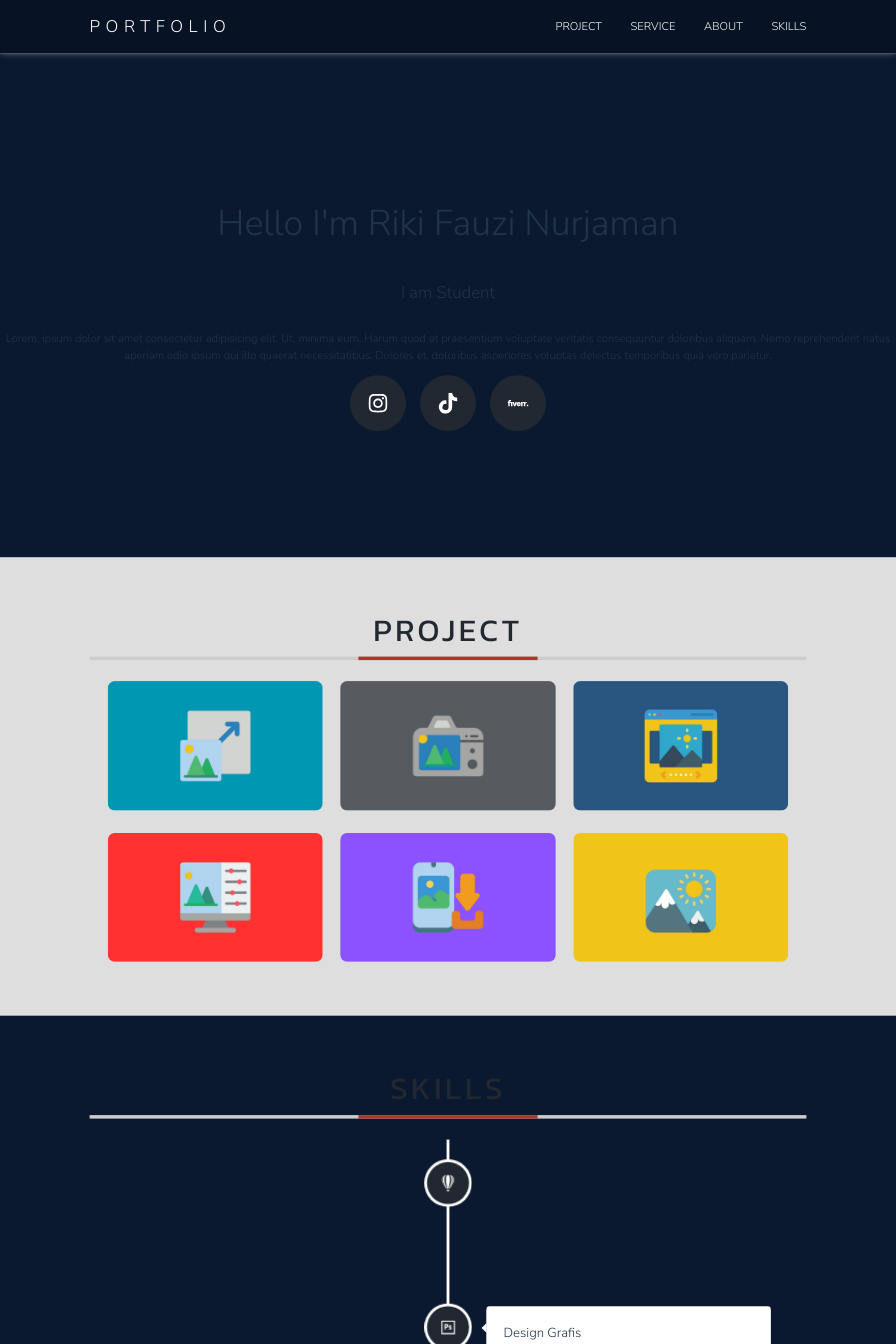
Repository: sellayspy/Portofolio
Page: /
These files come from the project's save history. The page is drawn as it stood at one moment and after the next save; the edit follows.
The browser window is 1280 px wide. The pictures show the part of the page from y = 0 to 1920 px (the page is 3848 px tall before and 3882 px after), at 70% of full size.
The project was rebuilt for these pictures with package versions that can differ from the ones it lists, and the page was loaded fresh each time. Also part of the build but not shown: vite.config.js, src/styles/DetailPortfolio.css, src/components/ScrollToTop.jsx, src/pages/DetailPortfolio.jsx, src/pages/PagesNotFound.jsx.

Above is the page before, as saved 2024-09-15 15:39:07.

### index.html
<!DOCTYPE html>
<html lang="en">
  <head>
    <meta charset="UTF-8" />
    <link rel="icon" type="image/svg+xml" href="/vite.svg" />
    <meta name="viewport" content="width=device-width, initial-scale=1.0" />
    <title>Portofolio RikiFN</title>
  </head>
  <body>
    <div id="root"></div>
    <script type="module" src="/src/main.jsx"></script>
  </body>
</html>

### src/App.jsx
import "./App.css";
import Home from "./pages/Home";
import DetailPortfolio from "./pages/DetailPortfolio";

import { BrowserRouter, Routes, Route } from "react-router-dom";
import PagesNotFound from "./pages/PagesNotFound";

const App = () => {
  return (
    <BrowserRouter>
      <Routes>
        <Route path="/" element={<Home />} />
        <Route path="/portfolio/:id" element={<DetailPortfolio />} />
        <Route path="/pages-not-found" element={<PagesNotFound />} />
        <Route path="*" element={<PagesNotFound />} />
      </Routes>
    </BrowserRouter>
  );
};

export default App;

### src/App.css
/* Global */
@import url("https://fonts.googleapis.com/css2?family=Nunito+Sans:opsz,wght@6..12,300&display=swap");
@import url("https://fonts.googleapis.com/css2?family=Kanit&display=swap");

html,
body {
  margin: 0px;
  padding: 0px;
  font-size: 16px;
  font-family: "Nunito Sans", sans-serif;
  scroll-behavior: smooth;
  background-color: #dedede;
}
.wrapper {
  width: 1024px;
  margin: auto;
  padding: 20px 0px 20px 0px;
}

section {
  padding: 50px 0px 50px 0px;
}

.wrapper > h3,
.wrapper > h1 {
  text-align: center;
  font-size: 2.8rem;
  margin: 0px 0px 30px 0px;
  padding: 0px;
  font-family: "Kanit", sans-serif;
  color: #222831;
  letter-spacing: 5px;
  text-transform: uppercase;
  border-bottom: 5px solid #cccccc;
}
.wrapper > h3::after,
.wrapper > h1::after {
  content: "";
  display: block;
  border-bottom: 5px solid #aa392d;
  width: 25%;
  position: relative;
  bottom: -5px; /* your padding + border-width */
  margin: auto;
}

@media only screen and (max-width: 1000px) {
  .wrapper {
    width: 80%;
  }
}

### src/pages/Home.jsx
import About from "../components/About";
import Experience from "../components/Experience";
import Footer from "../components/Footer";
import Header from "../components/Header";
import Navbar from "../components/Navbar";
import Portfolio from "../components/Portfolio";

function Home() {
  return (
    <>
      <Navbar />
      <Header />
      <Portfolio />
      <Experience />
      <About />
      <Footer />
    </>
  );
}

export default Home;

### src/components/About.jsx
import { FaHtml5 } from "react-icons/fa";
import { IoLogoJavascript } from "react-icons/io";
import { FaCss3 } from "react-icons/fa";
import { FaLaravel } from "react-icons/fa";
import { FaReact } from "react-icons/fa";
import { RiTailwindCssFill } from "react-icons/ri";
import { SiCoreldraw } from "react-icons/si";
import { SiAdobephotoshop } from "react-icons/si";
import "../styles/About.css";

const About = () => {
  return (
    <section id="about">
      <div className="wrapper">
        <h3>About</h3>
        <p>
          Lorem ipsum dolor sit amet consectetur adipisicing elit. Totam magni,
          dolorum, explicabo obcaecati ut impedit officiis quae non natus
          praesentium ex, excepturi asperiores laboriosam distinctio vitae
          cupiditate nulla debitis consectetur?
        </p>
        <p>
          Lorem ipsum dolor sit amet consectetur, adipisicing elit. Corporis,
          similique.
        </p>
        <p>Lorem ipsum dolor sit amet.</p>
        <h4>Programing Language & Tools</h4>
        <div className="skills">
          <FaHtml5 />
          <FaCss3 />
          <IoLogoJavascript />
          <RiTailwindCssFill />
          <FaLaravel />
          <FaReact />
          <SiCoreldraw />
          <SiAdobephotoshop />
        </div>
      </div>
    </section>
  );
};

export default About;

### src/components/Experience.jsx
import {
  VerticalTimeline,
  VerticalTimelineElement,
} from "react-vertical-timeline-component";
import "react-vertical-timeline-component/style.min.css";
import { SiNestjs } from "react-icons/si";
import { FaLaravel } from "react-icons/fa";
import { RiReactjsLine } from "react-icons/ri";
import { RiNextjsFill } from "react-icons/ri";
import { FaJava } from "react-icons/fa";
import { SiCoreldraw } from "react-icons/si";
import { DiPhotoshop } from "react-icons/di";
import "../styles/Experience.css";
const Experience = () => {
  return (
    <section id="experience">
      <div className="wrapper">
        <h3>Skills</h3>

        <VerticalTimeline>
          <VerticalTimelineElement
            className="vertical-timeline-element--work"
            iconStyle={{ background: "#222831", color: "#fff" }}
            icon={<SiCoreldraw />}
          >
            <h3 className="vertical-timeline-element-title">Design Grafis</h3>
            <h4 className="vertical-timeline-element-subtitle">
              2018 - Present
            </h4>
            <p>User Experience, Visual Design</p>
          </VerticalTimelineElement>
          <VerticalTimelineElement
            className="vertical-timeline-element--work"
            iconStyle={{ background: "#222831", color: "#fff" }}
            icon={<DiPhotoshop />}
          >
            <h3 className="vertical-timeline-element-title">Design Grafis</h3>
            <h4 className="vertical-timeline-element-subtitle">
              2018 - Present
            </h4>
            <p>User Experience, Visual Design</p>
          </VerticalTimelineElement>
          <VerticalTimelineElement
            className="vertical-timeline-element--work"
            iconStyle={{ background: "#222831", color: "#fff" }}
            icon={<RiReactjsLine />}
          >
            <h3 className="vertical-timeline-element-title">Web Development</h3>
            <h4 className="vertical-timeline-element-subtitle">
              2018 - Present
            </h4>
            <p>User Experience, Visual Design</p>
          </VerticalTimelineElement>
          <VerticalTimelineElement
            className="vertical-timeline-element--work"
            date="2024 - present"
            iconStyle={{ background: "#222831", color: "#fff" }}
            icon={<RiNextjsFill />}
          >
            <h3 className="vertical-timeline-element-title">Web Designer</h3>
            <h4 className="vertical-timeline-element-subtitle">
              Los Angeles, CA
            </h4>
            <p>User Experience, Visual Design</p>
          </VerticalTimelineElement>
          <VerticalTimelineElement
            className="vertical-timeline-element--work"
            date="2024 - present"
            iconStyle={{ background: "#222831", color: "#fff" }}
            icon={<FaJava />}
          >
            <h3 className="vertical-timeline-element-title">Web Designer</h3>
            <h4 className="vertical-timeline-element-subtitle">
              Los Angeles, CA
            </h4>
            <p>User Experience, Visual Design</p>
          </VerticalTimelineElement>
          <VerticalTimelineElement
            className="vertical-timeline-element--work"
            date="2024 - present"
            iconStyle={{ background: "#222831", color: "#fff" }}
            icon={<SiCoreldraw />}
          >
            <h3 className="vertical-timeline-element-title">Web Designer</h3>
            <h4 className="vertical-timeline-element-subtitle">
              Los Angeles, CA
            </h4>
            <p>User Experience, Visual Design</p>
          </VerticalTimelineElement>
          <VerticalTimelineElement
            className="vertical-timeline-element--work"
            date="2024 - present"
            iconStyle={{ background: "#222831", color: "#fff" }}
            icon={<DiPhotoshop />}
          >
            <h3 className="vertical-timeline-element-title">Web Designer</h3>
            <h4 className="vertical-timeline-element-subtitle">
              Los Angeles, CA
            </h4>
            <p>User Experience, Visual Design</p>
          </VerticalTimelineElement>
        </VerticalTimeline>
      </div>
    </section>
  );
};

export default Experience;

### src/components/Footer.jsx
import "../styles/Footer.css";

const Footer = () => {
  return <footer>&copy; 2024. Riki Fauzia Nurjaman</footer>;
};

export default Footer;

### src/components/Header.jsx
import profilePicture from "../assets/test.png";
import { FaInstagram } from "react-icons/fa";
import { FaTiktok } from "react-icons/fa";
import { SiFiverr } from "react-icons/si";
import "../styles/Header.css";
const Header = () => {
  return (
    <header>
      <div className="header-jumbotron">
        <h1>
          Hello I'm <span>Riki Fauzi Nurjaman</span>
        </h1>
        <h2>
          I am <span className="type-animation">Student</span>
        </h2>
        <p>
          Lorem, ipsum dolor sit amet consectetur adipisicing elit. Ut, minima
          eum. Harum quod at praesentium voluptate veritatis consequuntur
          doloribus aliquam. Nemo reprehenderit natus aperiam odio ipsum qui
          illo quaerat necessitatibus. Dolores et, doloribus asperiores voluptas
          delectus temporibus quia vero pariatur.
        </p>
        <div className="socialMedia">
          <a href="https://www.instagram.com/rikifauzianurjaman/">
            <FaInstagram />
          </a>
          <a href="https://www.tiktok.com/@officialspylike">
            <FaTiktok />
          </a>
          <a href="https://www.fiverr.com/rikifauzianurja">
            <SiFiverr />
          </a>
        </div>
      </div>
    </header>
  );
};

export default Header;

### src/components/Navbar.jsx
import { FaBars } from "react-icons/fa6";
import { IoClose } from "react-icons/io5";
import "../styles/Navbar.css";
import { useState } from "react";
import { HashLink } from "react-router-hash-link";
import { Link } from "react-router-dom";

const Navbar = () => {
  const [statusTampil, setStatusTampil] = useState("");

  const tampilMenu = () => {
    if (statusTampil == "") {
      setStatusTampil("tampil");
    } else {
      setStatusTampil("");
    }
  };
  return (
    <nav>
      <div className="wrapper">
        <div className="logo">
          <Link to="/">Portfolio</Link>
        </div>
        <button onClick={tampilMenu}>
          {statusTampil == "" ? <FaBars /> : <IoClose />}
        </button>
        <div className={`menu ${statusTampil}`} onClick={tampilMenu}>
          <ul>
            <li>
              <HashLink to="/#portfolio">Project</HashLink>
            </li>
            <li>
              <HashLink to="/#contact">Service</HashLink>
            </li>
            <li>
              <HashLink to="/#about">About</HashLink>
            </li>
            <li>
              <HashLink to="/#experience">Skills</HashLink>
            </li>
          </ul>
        </div>
      </div>
    </nav>
  );
};

export default Navbar;

### src/components/Portfolio.jsx
import { portfolioList } from "../data/DataPortfolio";

import { Link } from "react-router-dom";

import "../styles/Portfolio.css";

const Portfolio = () => {
  return (
    <section id="portfolio">
      <div className="wrapper">
        <h3>Project</h3>
        <div className="grid">
          {portfolioList.map((item) => {
            return (
              <div className="item" key={item.id}>
                <Link to={`/portfolio/${item.id}`}>
                  <img src={item.image} />
                </Link>
              </div>
            );
          })}
        </div>
      </div>
    </section>
  );
};

export default Portfolio;

### src/data/DataPortfolio.jsx
import portfolio1 from "../assets/portfolio1.png";
import portfolio2 from "../assets/portfolio2.png";
import portfolio3 from "../assets/portfolio3.png";
import portfolio4 from "../assets/portfolio4.png";
import portfolio5 from "../assets/portfolio5.png";
import portfolio6 from "../assets/portfolio6.png";

export const portfolioList = [
  {
    id: "1",
    title: "Website Portofolio",
    image: portfolio1,
    skill: "html, css, javascript",
  },
  {
    id: "2",
    title: "Website Portofolio2",
    image: portfolio2,
    skill: "laravel, react, api, typescript, tailwind",
  },
  {
    id: "3",
    title: "Website Portofolio3",
    image: portfolio3,
    skill: "react, javascript, css, html",
  },
  {
    id: "4",
    title: "Website Portofolio4",
    image: portfolio4,
    skill: "reactjs, typescript, tailwind, nodejs",
  },
  {
    id: "5",
    title: "Desain Grafis Portofolio",
    image: portfolio5,
    skill: "adobephotoshop, coreldraw",
  },
  {
    id: "6",
    title: "Desain Grafis Portofolio2",
    image: portfolio6,
    skill: "adobephotoshop, coreldraw",
  },
];

### src/styles/About.css
#about {
  background-color: #eaedef;
  position: relative;
  font-size: 1.2rem;
}
#about > .wrapper {
  margin: auto;
  width: 50%;
}
#about > .wrapper > h3 {
  text-align: center;
  font-size: 2.8rem;
  margin: 0px 0px 30px 0px;
  padding: 0px;
  font-family: "Kanit", sans-serif;
  color: #333;
  letter-spacing: 5px;
  text-transform: uppercase;
}
#about > .wrapper > p {
  text-align: center;
}

#about > .wrapper > h4 {
  text-align: center;
  font-size: 1.4rem;
  margin: 0px 0px 20px 0px;
  padding: 0px;
  font-family: "Kanit", sans-serif;
  letter-spacing: 5px;
  color: #333;
}
.skills {
  text-align: center;
}
.skills > svg {
  display: inline-block;
  color: #74797e;
  width: 50px;
  height: auto;
  margin: 10px;
  cursor: pointer;
}

.skills > svg:hover {
  color: #aa392d;
}

@media only screen and (max-width: 1000px) {
  #about > .wrapper {
    width: 80%;
  }
}

### src/styles/Experience.css
#experience {
  background-color: #0a192f;
  position: relative;
}

### src/styles/Footer.css
footer {
  background-color: #39404a;
  text-align: center;
  line-height: 100px;
  color: #fff;
  letter-spacing: 5px;
}

### src/styles/Header.css
:root {
  --bg-color: #081b29;
  --second-bg-color: #112e43;
  --text-color: #ededed;
  --main-color: #00abf0;
}

header {
  background-color: #0a192f;
  height: 100vh;
  background-position: center center;
}

.header-jumbotron {
  top: 0;
  left: 0;
  display: flex;
  width: 100%;
  height: 100%;
  justify-content: center;
  align-items: center;
  flex-direction: column;
  text-align: center;
}
.header-jumbotron > img {
  width: 280px;
  border: 5px solid skyblue;
  border-radius: 100%;
  box-shadow: 0px 0px 20px rgba(255, 255, 255, 0.5);
}

.header-jumbotron > .header-text > .animated-tex {
  color: #fff;
  margin: 20px 0px 0px 0px;
  padding: 0px;
  font-size: 2.5rem;
}

.animated-tex span {
  position: relative;
}

.animated-tex span::before {
  content: "Student";
  background: linear-gradient(270deg, #df8908 10%, #b415ff 100%);
  background-clip: text;
  -webkit-background-clip: text;
  -webkit-text-fill-color: transparent;
  animation: words 20s infinite;
}

.animated-tex span::after {
  content: "";
  position: absolute;
  width: calc(100% + 8px);
  height: 100%;
  background-color: #0a192f;
  border-left: 2px solid #e03fd8;
  right: -2px;
  animation: cursor 0.8s infinite, typing 20s steps(14) infinite;
}
@keyframes cursor {
  to {
    border-left: 2px solid #fff;
  }
}
@keyframes words {
  0%,
  34% {
    content: "Programmer";
  }
  25%,
  68% {
    content: "Designer";
  }
  69%,
  100% {
    content: "Gamer";
  }
}
@keyframes typing {
  10%,
  15%,
  30%,
  35%,
  50%,
  55%,
  70%,
  75%,
  90%,
  95% {
    width: 0;
  }
  5%,
  20%,
  25%,
  40%,
  45%,
  60%,
  65%,
  80%,
  85% {
    width: calc(100% + 8px);
  }
}

.header-jumbotron > .header-text > h3 {
  position: relative;
  color: #0e3742; /* Warna awal sebelum animasi */
  margin: 10px 0px 0px 0px;
  padding: 0px;
  font-size: 3.5rem;
  text-transform: uppercase;
  line-height: 0.7em;
  outline: none;
  animation: animate 5s linear forwards; /* Menggunakan forwards agar berhenti di akhir */
}

@keyframes animate {
  0% {
    color: #0e3742; /* Warna teks awal */
    text-shadow: none; /* Tidak ada bayangan teks di awal */
  }
  100% {
    color: #fff; /* Warna teks saat menyala */
    text-shadow: 0 0 10px #03bcf4, 0 0 20px #03bcf4, 0 0 40px #03bcf4,
      0 0 80px #03bcf4, 0 0 160px #03bcf4; /* Efek cahaya di akhir animasi */
  }
}

.header-jumbotron > .header-text > p {
  padding: 15px;
  margin: 0px 5px 20px 5px;
  color: #fff;
  font-size: 1.2rem;
}
.socialMedia {
  color: #fff;
  display: flex;
  gap: 20px;
}

.socialMedia > a {
  background-color: #222831;
  color: #fff;
  width: 80px;
  height: 80px;
  border-radius: 50%;
  display: flex;
  justify-content: center;
  align-items: center;
  transition: transform 0.3s ease-in-out;
}
.socialMedia > a > svg {
  height: 30px;
  width: auto;
}
.socialMedia > a:hover {
  background-color: #aa392d;
  box-shadow: 0px 0px 10px rgba(255, 255, 255, 0.5);
  transform: scale(1.2);
}

@media only screen and (max-width: 1000px) {
  .socialMedia > a {
    width: 60px;
    height: 60px;
  }

  .socialMedia > a > svg {
    height: 30px;
    width: auto;
  }
}

### src/styles/Navbar.css
nav {
  background-color: #081225;
  color: #fff;
  position: sticky;
  top: 0;
  z-index: 100;
  text-transform: uppercase;
  box-shadow: 0px 0px 10px rgba(255, 255, 255, 0.5);
}
nav > .wrapper {
  display: flex;
  justify-content: space-between;
  align-items: center;
}

.menu {
  width: 35%;
}

.logo {
  display: flex;
  align-items: center;
}
.logo > a {
  color: #fff;
  text-decoration: none;
  font-size: 1.5rem;
  font-weight: 900;
  letter-spacing: 8px;
}
.menu > ul {
  display: flex;
  list-style-type: none;
  margin: 0px;
  padding: 0px;
  justify-content: space-between;
  font-weight: bold;
}

.menu > ul > li > a {
  position: relative;
  text-decoration: none;
  color: #fff;
}

.menu > ul > li > a::before {
  content: "";
  position: absolute;
  top: 100%;
  left: 0;
  width: 0;
  height: 2px;
  background: yellow;
  transition: 0.3s;
}

.menu > ul > li > a:hover::before {
  width: 100%;
}

nav > .wrapper > button {
  cursor: pointer;
  display: none;
  position: absolute;
  right: 10px;
  top: 10px;
  border: 0px;
  background-color: transparent;
  padding: 0px;
}
nav > .wrapper > button > svg {
  color: #fff;
  font-size: 50px;
}
@media only screen and (max-width: 1000px) {
  .menu > ul {
    display: none;
  }
  .menu.tampil > ul {
    display: inline;
  }
  .menu {
    text-align: right;
  }
  nav > .wrapper > button {
    display: inline;
  }
  .menu > ul {
    flex-direction: column;
    background-color: #060d1c;
    width: 100%;
    position: fixed;
    top: 70px;
    left: 0;
  }
  .menu > ul > li {
    text-align: left;
    cursor: pointer;
  }
  .menu > ul > li > a {
    display: inline-block;
    padding: 15px 20px 15px 50px;
    width: 100%;
  }
  .menu > ul > li > a:hover {
    background-color: #000;
  }
}

### src/styles/Portfolio.css
.grid {
  display: grid;
  grid-template-columns: 30% 30% 30%;
  grid-gap: 25px;
  justify-content: center;
}

.grid > .item > a > img {
  width: 100%;
  border-radius: 10px;
}

@media only screen and (max-width: 1000px) {
  .grid {
    grid-template-columns: 45% 45%;
  }
}

Loaded but not shown: src/main.jsx (common file); src/index.css (common file)

After the next save:
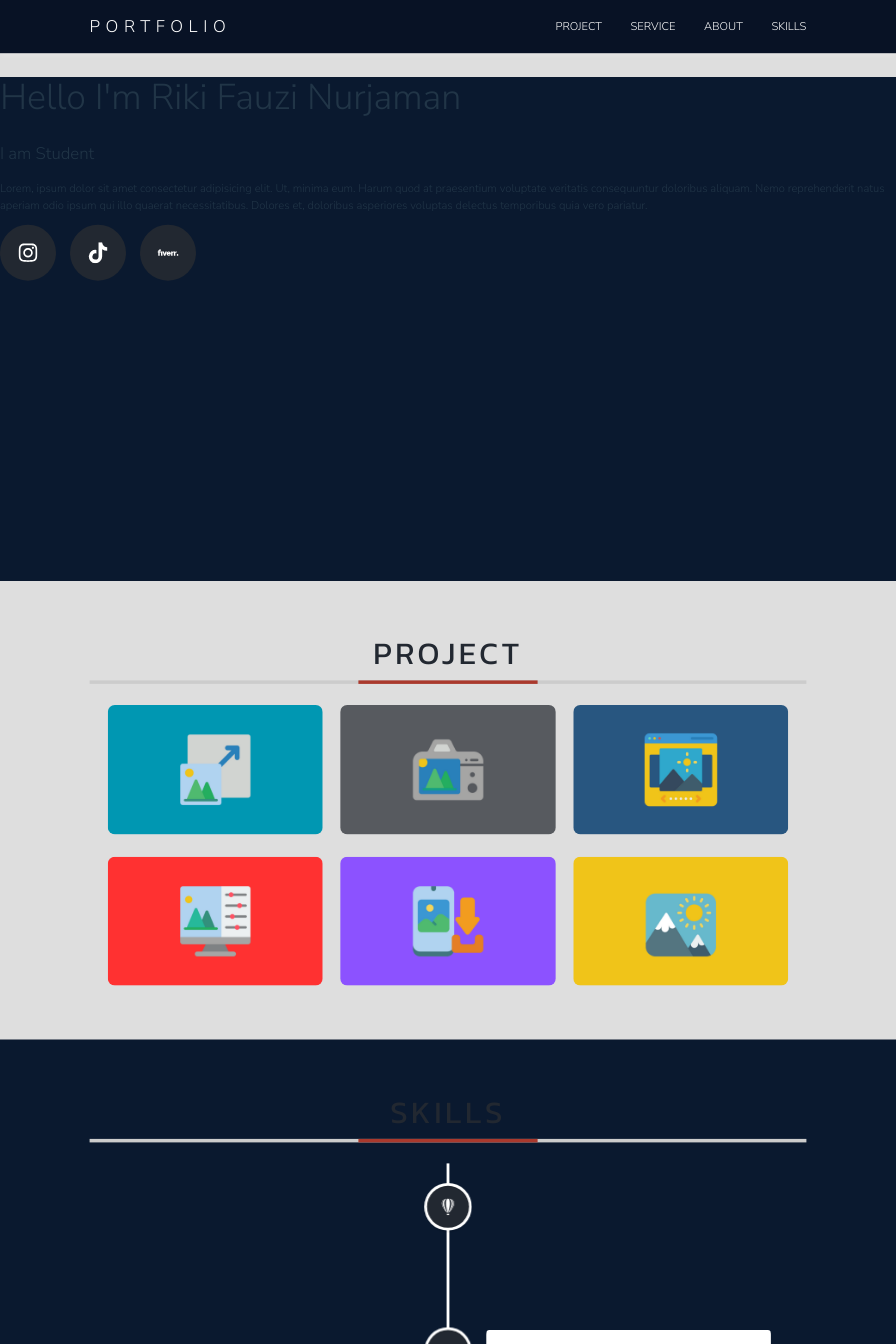
Saved 72 s later.
--- a/src/styles/Header.css
+++ b/src/styles/Header.css
@@ -12,15 +12,6 @@
 }
 
 .header-jumbotron {
-  top: 0;
-  left: 0;
-  display: flex;
-  width: 100%;
-  height: 100%;
-  justify-content: center;
-  align-items: center;
-  flex-direction: column;
-  text-align: center;
 }
 .header-jumbotron > img {
   width: 280px;

After the save that followed:
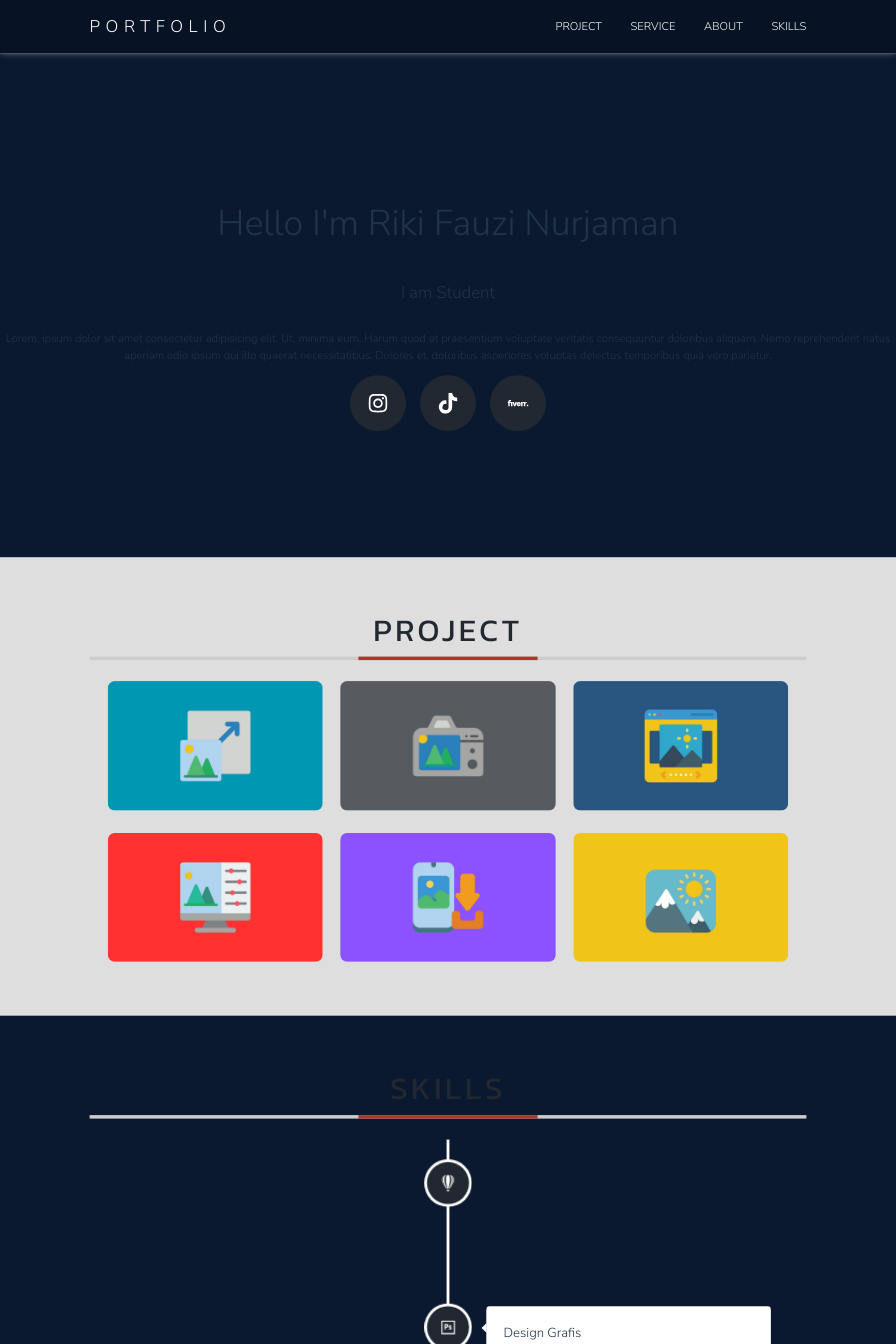
Saved 15 s later.
--- a/src/styles/Header.css
+++ b/src/styles/Header.css
@@ -12,6 +12,15 @@
 }
 
 .header-jumbotron {
+  top: 0;
+  left: 0;
+  display: flex;
+  width: 100%;
+  height: 100%;
+  justify-content: center;
+  align-items: center;
+  flex-direction: column;
+  text-align: center;
 }
 .header-jumbotron > img {
   width: 280px;
